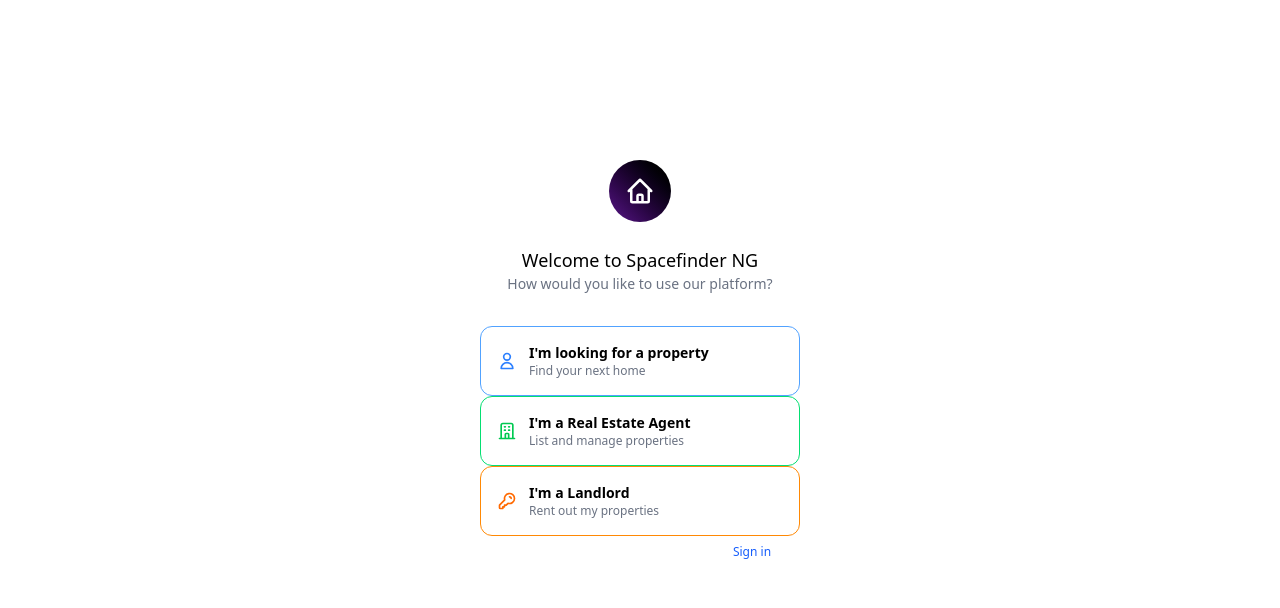
Repository: Em-driod/spotify-clone
Page: /welcome
These files come from the project's save history. The page is drawn as it stood at one moment and after the next save; the edit follows.
The browser window is 1280 px wide. The pictures show the whole page.
The project was rebuilt for these pictures with package versions that can differ from the ones it lists, and the page was loaded fresh each time. Also part of the build but not shown: vite.config.ts, src/pages/LandingPage.tsx, src/pages/Back.tsx, src/pages/Change.tsx, src/pages/onboard.tsx, src/pages/Skips.tsx, src/pages/Otp.tsx, src/pages/First.tsx and 6 more.

Above is the page before, as saved 2025-07-09 17:46:33.

### src/App.tsx
import { BrowserRouter as Router, Routes, Route, useLocation } from 'react-router-dom';
import { AnimatePresence } from 'framer-motion';
import Welcome from './pages/veryify';
import LandingPage from './pages/LandingPage';
import Back from './pages/Back';
import Change from './pages/Change';
import Skips from './pages/Skips';
import Otp from './pages/Otp';
import First from './pages/First';
import Second from './pages/second';
import Fourth from './pages/fourth';
import Third from './pages/Third';
import Fifth from './pages/fifth';
import Signup from './pages/Signup';
import Manage from  './pages/Manage'


const AnimatedRoutes = () => {
  const location = useLocation();

  return (
    <AnimatePresence mode="wait">
      <Routes location={location} key={location.pathname}>
        <Route path="/" element={<LandingPage />} />
        <Route path="/skip" element={<Skips />} />
       <Route path="/welcome" element={<Welcome />} />
       <Route path="/back" element={<Back />} />
       <Route path="/forget" element={<Change />} />
       <Route path="/Otp" element={<Otp />} />
       <Route path="/first" element={<First />} />
       <Route path="/second" element={<Second />} />
        <Route path="/third" element={<Third />} />
        <Route path="/fourth" element={<Fourth />} />
        <Route path="/fifth" element={<Fifth />} />
        <Route path="/signup" element={<Signup />} />
        <Route path="/Manage" element={<Manage />} />
        {/* Add more routes as needed */}

      </Routes>
    </AnimatePresence>
  );
};

const App = () => {
  return (
    <Router>
      <AnimatedRoutes />
    </Router>
  );
};

export default App;

### src/pages/veryify.tsx

import { HiOutlineHome, HiOutlineUser, HiOutlineOfficeBuilding, HiOutlineKey } from 'react-icons/hi';
import { Link } from 'react-router-dom';

const Welcome = () => {
  return (
    <div className="min-h-screen flex flex-col items-center justify-center px-4 text-center">
      {/* Logo */}
      <div className="bg-gradient-to-tr from-purple-900 to-black rounded-full p-4 mb-6">
        <HiOutlineHome className="text-white text-3xl" />
      </div>

      {/* Welcome Text */}
      <h1 className="text-lg font-medium">Welcome to Spacefinder NG</h1>
      <p className="text-sm text-gray-500 mb-8">How would you like to use our platform?</p>

      {/* Options */}
      <div className="w-full max-w-xs space-y-4">
         <Link to="/back" >
        <button className="w-full border border-blue-400 rounded-xl p-4 flex items-center gap-3 hover:bg-blue-50 transition">
          <HiOutlineUser className="text-blue-500 text-xl" />
          <div className="text-left">

            <p className="text-sm font-semibold text-black">I'm looking for a property</p>
            <p className="text-xs text-gray-500">Find your next home</p>

          </div>
        </button>
 </Link>

<Link to="/back" className='mt-5'>
        <button className="w-full border border-green-400 rounded-xl p-4 flex items-center gap-3 hover:bg-green-50 transition">
          <HiOutlineOfficeBuilding className="text-green-500 text-xl" />
          <div className="text-left">

              <p className="text-sm font-semibold text-black">I'm a Real Estate Agent</p>
              <p className="text-xs text-gray-500">List and manage properties</p>

          </div>

        </button>
         </Link>
 <Link to="/back">
        <button className="w-full border border-orange-400 rounded-xl p-4 flex items-center gap-3 hover:bg-orange-50 transition">
          <HiOutlineKey className="text-orange-500 text-xl" />
          <div className="text-left">

              <p className="text-sm font-semibold text-black">I'm a Landlord</p>
              <p className="text-xs text-gray-500">Rent out my properties</p>

          </div>
        </button>
          </Link>
      </div>

      {/* Sign in */}
      <p className="text-xs text-gray-500 mt-2 ml-56">
        <Link to="/back">
          <span className="text-blue-600 cursor-pointer hover:underline">Sign in</span>
        </Link>
      </p>
    </div>
  );
};

export default Welcome;

Loaded but not shown: index.html (common file); src/main.tsx (common file); src/index.css (common file)

After the next save:
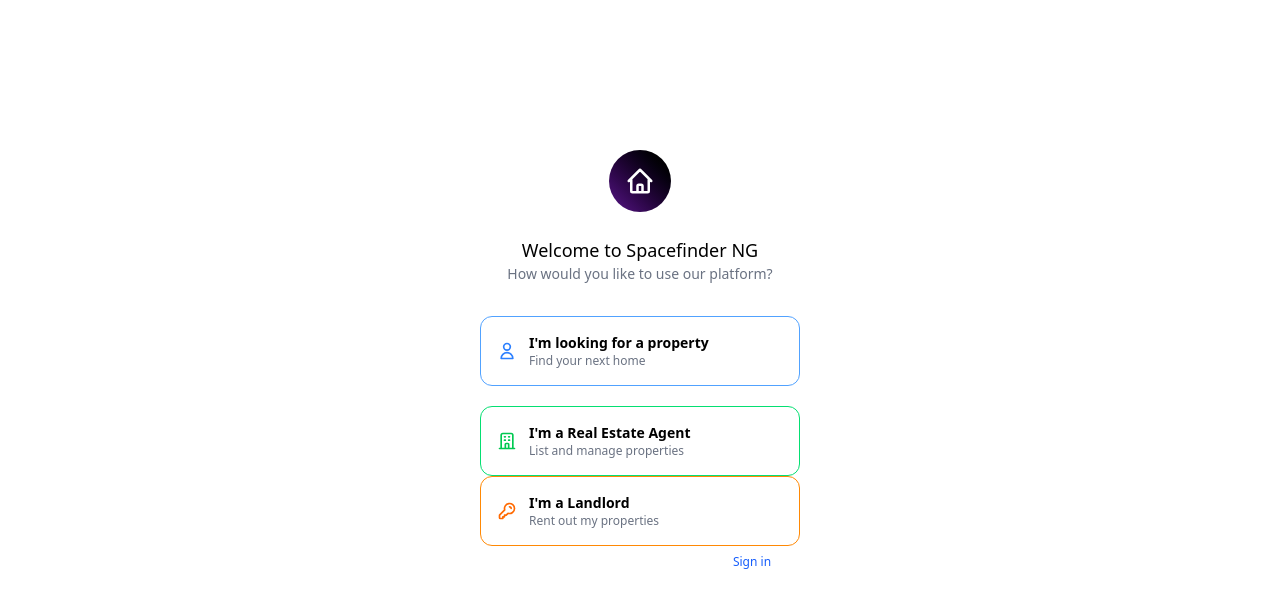
Saved 33 s later.
--- a/src/pages/veryify.tsx
+++ b/src/pages/veryify.tsx
@@ -28,8 +28,8 @@ const Welcome = () => {
         </button>
  </Link>
 
-<Link to="/back" className='mt-5'>
-        <button className="w-full border border-green-400 rounded-xl p-4 flex items-center gap-3 hover:bg-green-50 transition">
+<Link to="/back" >
+        <button className="w-full border mt-5 border-green-400 rounded-xl p-4 flex items-center gap-3 hover:bg-green-50 transition">
           <HiOutlineOfficeBuilding className="text-green-500 text-xl" />
           <div className="text-left">
 
